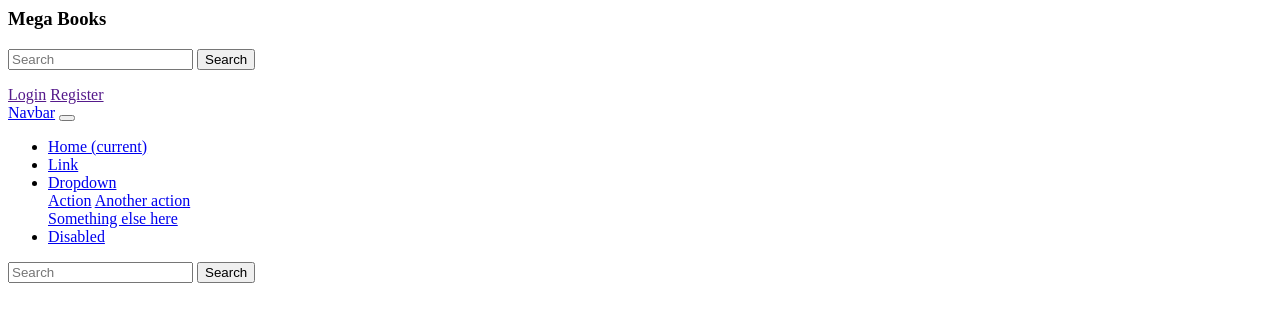
Repository: UsmanGhias/Java-Project
Page: http://localhost/Ebook_App/all_component/navbar.jsp
An editor plug-in stored every save of this project. The page is shown before and after the next save, followed by the edit.
The browser window is 1280 px wide. The pictures show the whole page.
The page is served by Tomcat 9.

Above is the page before, as saved 2023-02-07 07:09:52.

### Online Book Managment System/Ebook_App/src/main/webapp/all_component/navbar.jsp
<div class="container-fluid p-3">
	<div class="row">
		<div class="col-md">
			<h3>Mega Books</h3>
			<div class="co-md-6">
				<form class="form-inline my-2 my-lg-0">
					<input class="form-control mr-sm-2" type="search"
						placeholder="Search" aria-label="Search">
					<button class="btn btn-primary my-2 my-sm-0" type="submit">Search</button>
				</form>
				<div class = "col-md-3">
				<a href= "" class= "btn btn-success">Login</a>
				<a href= "" class= "btn btn-primary">Register</a>

				</div>

			</div>
		</div>
	</div>

</div>


<nav class="navbar navbar-expand-lg navbar-light bg-light">
	<a class="navbar-brand" href="#">Navbar</a>
	<button class="navbar-toggler" type="button" data-toggle="collapse"
		data-target="#navbarSupportedContent"
		aria-controls="navbarSupportedContent" aria-expanded="false"
		aria-label="Toggle navigation">
		<span class="navbar-toggler-icon"></span>
	</button>

	<div class="collapse navbar-collapse" id="navbarSupportedContent">
		<ul class="navbar-nav mr-auto">
			<li class="nav-item active"><a class="nav-link" href="#">Home
					<span class="sr-only">(current)</span>
			</a></li>
			<li class="nav-item"><a class="nav-link" href="#">Link</a></li>
			<li class="nav-item dropdown"><a
				class="nav-link dropdown-toggle" href="#" id="navbarDropdown"
				role="button" data-toggle="dropdown" aria-haspopup="true"
				aria-expanded="false"> Dropdown </a>
				<div class="dropdown-menu" aria-labelledby="navbarDropdown">
					<a class="dropdown-item" href="#">Action</a> <a
						class="dropdown-item" href="#">Another action</a>
					<div class="dropdown-divider"></div>
					<a class="dropdown-item" href="#">Something else here</a>
				</div></li>
			<li class="nav-item"><a class="nav-link disabled" href="#">Disabled</a>
			</li>
		</ul>
		<form class="form-inline my-2 my-lg-0">
			<input class="form-control mr-sm-2" type="search"
				placeholder="Search" aria-label="Search">
			<button class="btn btn-outline-success my-2 my-sm-0" type="submit">Search</button>
		</form>
	</div>
</nav>

After the next save:
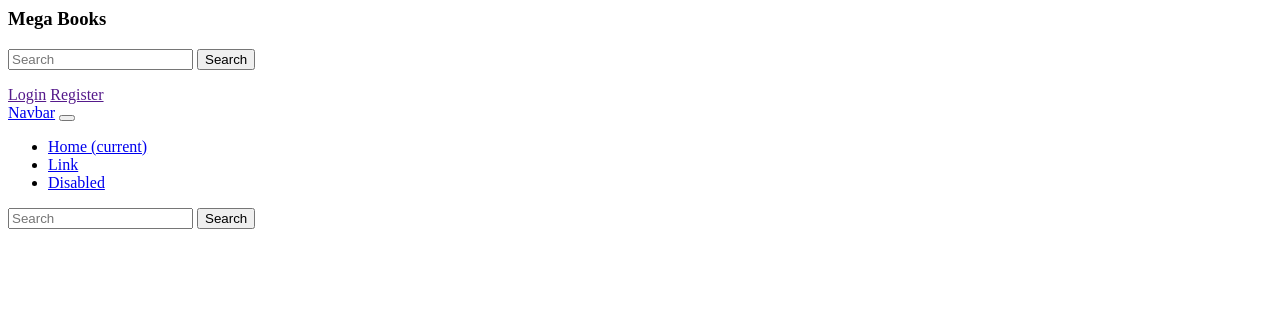
Saved 119 s later.
--- a/Online Book Managment System/Ebook_App/src/main/webapp/all_component/navbar.jsp
+++ b/Online Book Managment System/Ebook_App/src/main/webapp/all_component/navbar.jsp
@@ -21,7 +21,7 @@
 </div>
 
 
-<nav class="navbar navbar-expand-lg navbar-light bg-light">
+<nav class="navbar navbar-expand-lg navbar-dark bg-primary">
 	<a class="navbar-brand" href="#">Navbar</a>
 	<button class="navbar-toggler" type="button" data-toggle="collapse"
 		data-target="#navbarSupportedContent"
@@ -36,16 +36,7 @@
 					<span class="sr-only">(current)</span>
 			</a></li>
 			<li class="nav-item"><a class="nav-link" href="#">Link</a></li>
-			<li class="nav-item dropdown"><a
-				class="nav-link dropdown-toggle" href="#" id="navbarDropdown"
-				role="button" data-toggle="dropdown" aria-haspopup="true"
-				aria-expanded="false"> Dropdown </a>
-				<div class="dropdown-menu" aria-labelledby="navbarDropdown">
-					<a class="dropdown-item" href="#">Action</a> <a
-						class="dropdown-item" href="#">Another action</a>
-					<div class="dropdown-divider"></div>
-					<a class="dropdown-item" href="#">Something else here</a>
-				</div></li>
+
 			<li class="nav-item"><a class="nav-link disabled" href="#">Disabled</a>
 			</li>
 		</ul>
